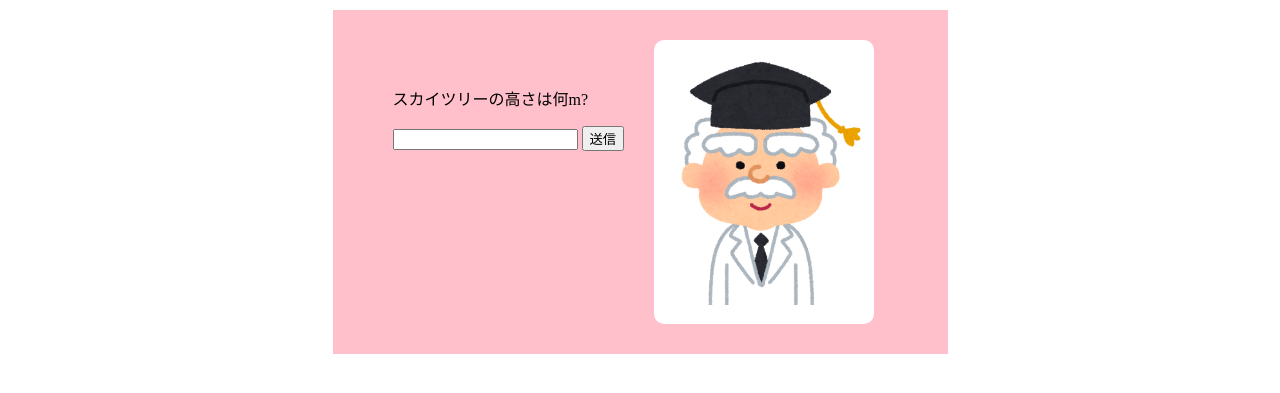
Repository: cshm225/jsplesson
Page: http://localhost/quiz/
These files come from the project's save history. The page is drawn as it stood at one moment and after the next save; the edit follows.
The browser window is 1280 px wide. The pictures show the whole page.
The page is served by Tomcat 9.

Above is the page before, as saved 2022-05-25 05:02:03.

After the next save:
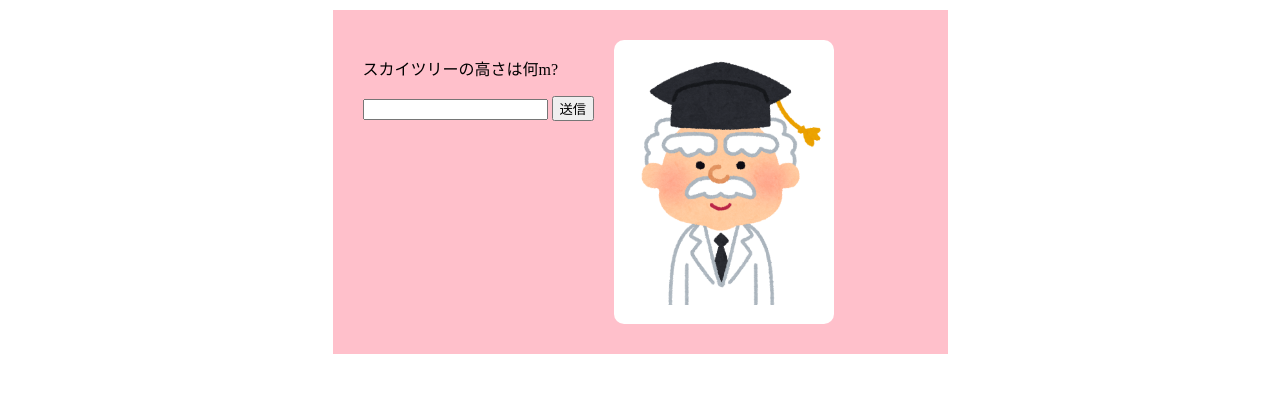
Saved 26 s later.
--- a/quiz/WebContent/css/main.css
+++ b/quiz/WebContent/css/main.css
@@ -7,7 +7,7 @@
 	padding:30px;
 }
 #boxA{
-	margin:30px;
+	margin-right:20px;
 }
 #boxB .imgbox{
 	border-radius:10px;
